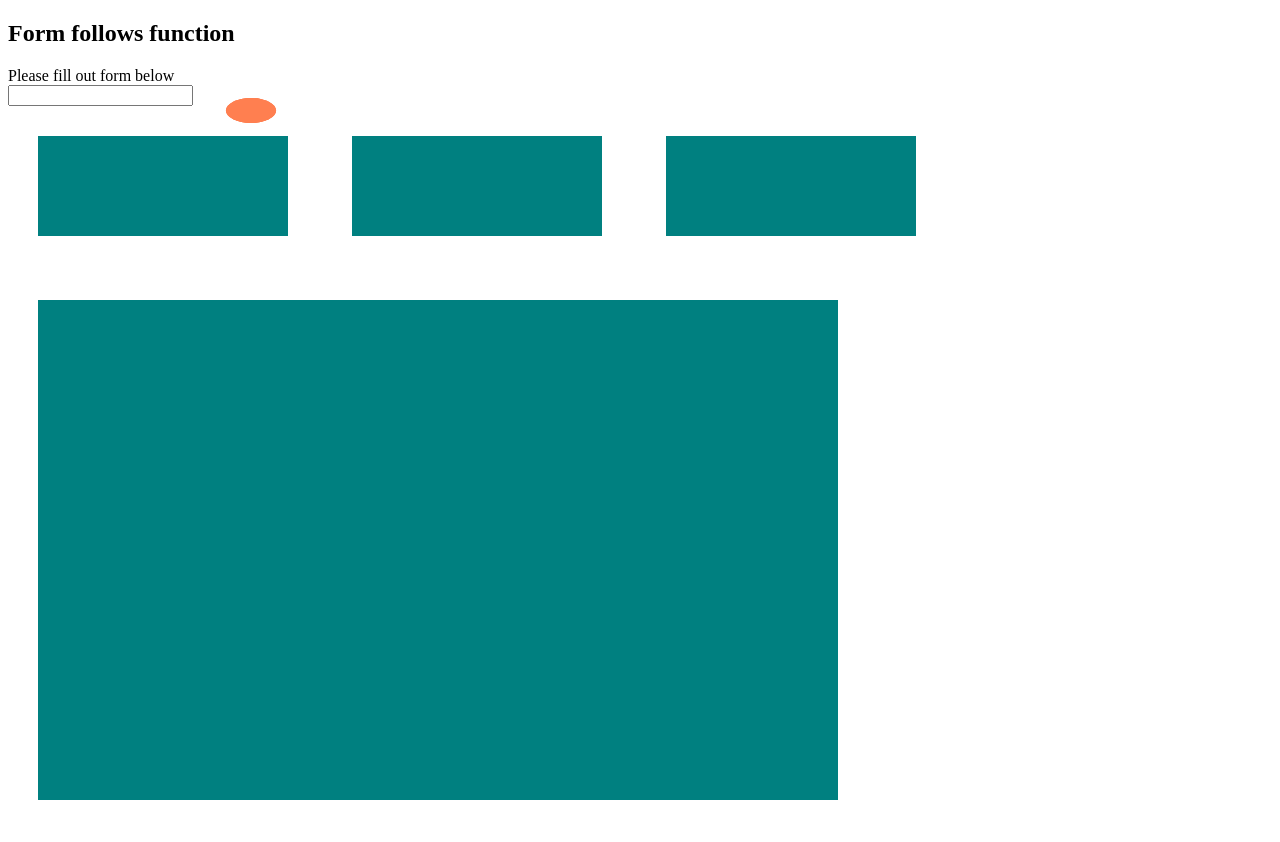
Repository: MelindaN14/Coursework
Page: block10/index.html
An editor plug-in stored every save of this project. The page is shown before and after the next save, followed by the edit.
The browser window is 1280 px wide. The pictures show the whole page.

Above is the page before, as saved 2024-03-27 22:50:45.

After the next save:
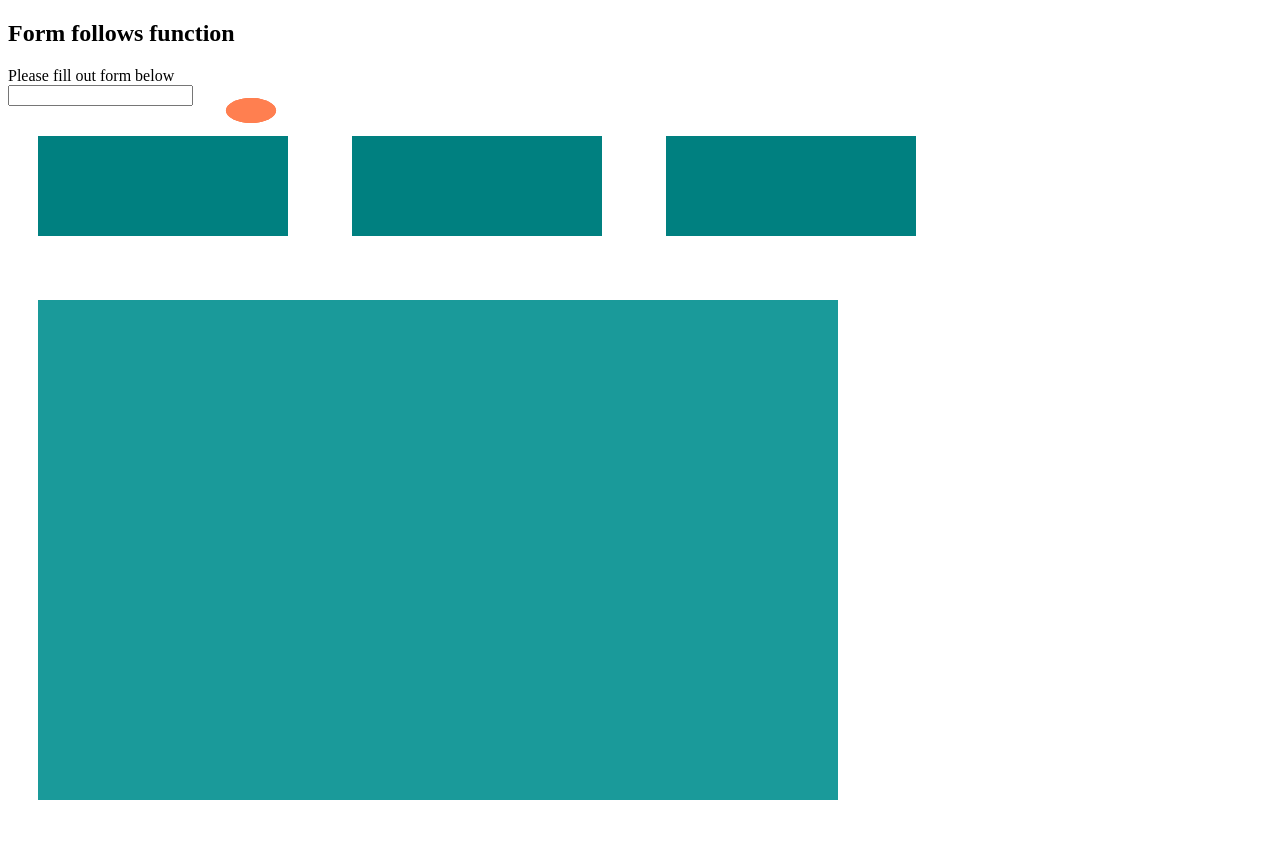
Saved 3 min 40 s later.
--- a/block10/index.css
+++ b/block10/index.css
@@ -71,7 +71,7 @@ body {
 .lrectangle {
   width: 800px;
   height:500px;
-  background-color: teal;
+  background-color: rgb(26, 154, 154);
   margin: 30px;
   display: inline-block;
   box-sizing: border-box;
